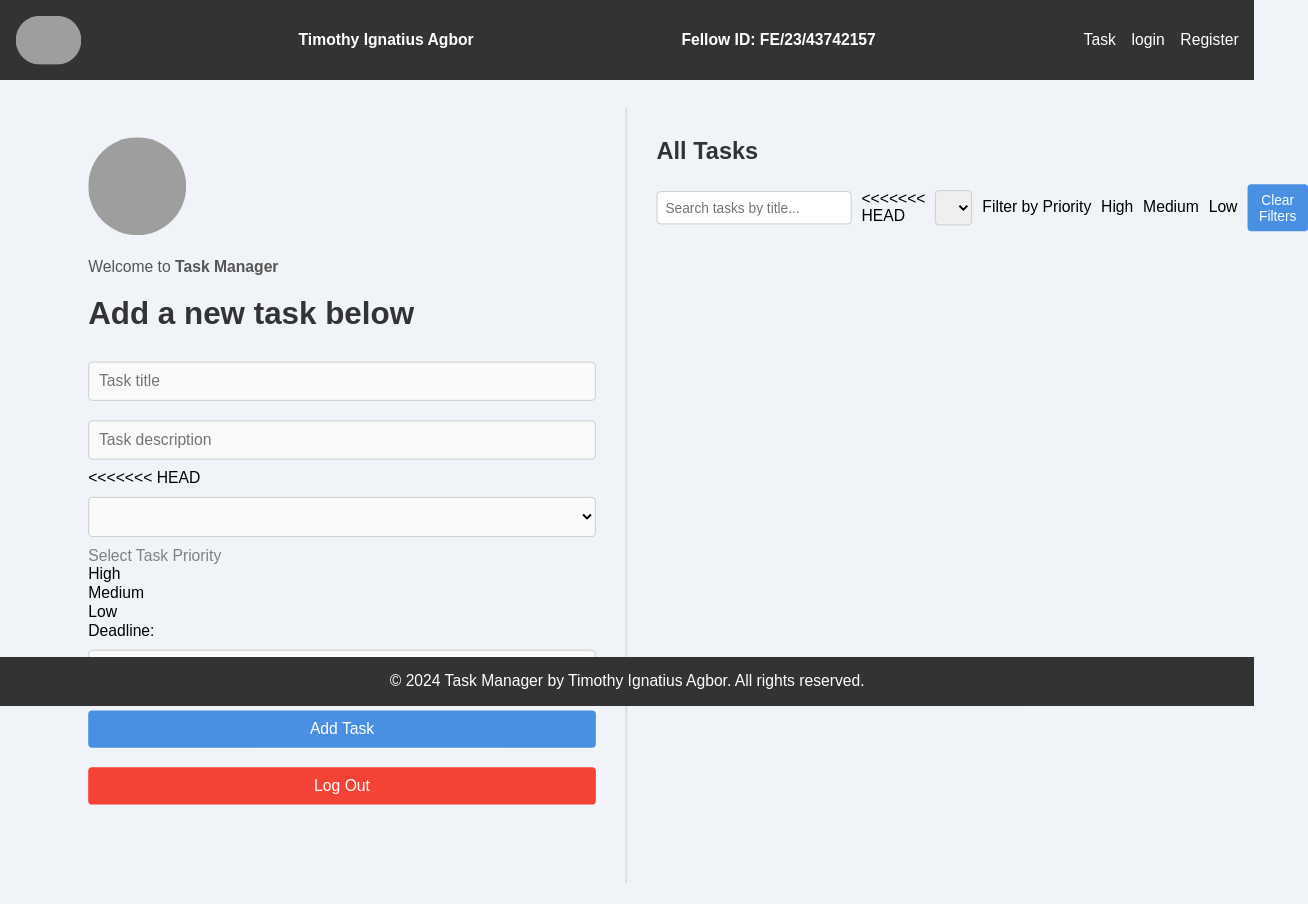
Repository: Evendors/TaskManager-app
Page: task.html
These files come from the project's save history. The page is drawn as it stood at one moment and after the next save; the edit follows.
The browser window is 1280 px wide. The page is 1335 px wide, then 1280 px, so the pictures cover 1335 px, including what lies to the right of the window. The pictures show the whole page, at 98% of full size.
Pictures or frames that could not be fetched are drawn as grey boxes. The page's requests for data from a server got no answer.

Above is the page before, as saved 2024-12-02 21:25:42.

### task.html
<!DOCTYPE html>
<html lang="en">
  <head>
    <meta charset="UTF-8" />
    <meta name="viewport" content="width=device-width, initial-scale=1.0" />
    <title>Task Manager</title>
    <link rel="stylesheet" href="./frontend/styles/styles.css" />
  </head>
  <body>
    <!-- Header -->
    <header>

      <nav>
        <img
        src="https://files.oaiusercontent.com/file-UxxSnF9NpUokPpkfsqMf13?se=2024-12-02T05%3A53%3A05Z&sp=r&sv=2024-08-04&sr=b&rscc=max-age%3D604800%2C%20immutable%2C%20private&rscd=attachment%3B%20filename%3Da1944776-25e7-4fdd-b29a-8cf1dd8a7fa9.webp&sig=zPngKC45S%2BM4ZQV9ybl6Nb6VX7rAXM9pelPhFyGMbuw%3D"
        alt="Task Manager Logo"
        style="height: 50px; width: auto; margin-right: 10px; border-radius: 25px;"
      />

        <h1>Timothy Ignatius Agbor</h1>
        <h1>Fellow ID: FE/23/43742157</h1>
        <ul>
          <li><a href="task.html">Task</a></li>
          <li><a href="login.html">login</a></li>
          <li><a href="register.html">Register</a></li>
        </ul>
      </nav>
    </header>

    <!-- Main Content -->
    <div class="container">
      <div class="left">
        <img
          style="height: 100px; width: 100px; border-radius: 50px"
          src="https://lh3.googleusercontent.com/a/ACg8ocK4ZTq-NP8qakNvmpa3VUDR7UgA2SCu1MhHvHXfKx0qfc4LE1V9=s288-c-no"
          alt="Timothy image"
        />
        <p>
          Welcome to   <strong>Task Manager</strong><br />
       <h1>   Add a new task below</h1>
        </p>
        <form id="taskForm">
          <input type="text" id="taskTitle" placeholder="Task title" />
          <input type="text" id="taskDesc" placeholder="Task description" />
<<<<<<< HEAD
          <select name="priority" id="priority" title="select">
=======

          <select name="priority" id="priority">
            <option disabled selected>Select Task Priority</option>
            <option value="high">High</option>
            <option value="medium">Medium</option>
            <option value="low">Low</option>
          </select>

          <div>
            <label for="deadline">Deadline:</label>
            <input type="date" name="deadline" id="deadline" />
          </div>
          <button type="submit" id="add">Add Task</button>
        </form>

        <button class="logOut">Log Out</button>
      </div>
      <div class="right">
        <h2>All Tasks</h2>
<!-- Filtering and Searching -->
<div class="taskFilters">
  <input
    type="text"
    id="searchTasks"
    placeholder="Search tasks by title..."
  />
<<<<<<< HEAD
  <select id="filterPriority" title="filterPriority">
=======
  <select id="filterPriority">
    <option value="" selected>Filter by Priority</option>
    <option value="high">High</option>
    <option value="medium">Medium</option>
    <option value="low">Low</option>
  </select>
  <button id="clearFilters">Clear Filters</button>
</div>

        <div class="allTasks">
          <!-- Task Added will show Here -->
        </div>
      </div>
    </div>

    <!-- Footer -->
    <footer>
      <p>&copy; 2024 Task Manager by Timothy Ignatius Agbor. All rights reserved.</p>
    </footer>

    <script src="./frontend/js/app.js"></script>
  </body>
</html>

### frontend/styles/styles.css
/* Reset default margin and padding */
* {
  margin: 0;
  padding: 0;
  box-sizing: border-box;
}

/* Body styling */
body {
  font-family: Arial, sans-serif;
  background-color: #f0f4f8;
  display: flex;
  justify-content: center;
  align-items: flex-start; /* Prevents footer overlap */
  min-height: 100vh;
  padding-top: 70px; /* Adjust for fixed header */
}

/* Header Styles */
header {
  background-color: #333;
  color: white;
  padding: 1rem;
  position: fixed;
  top: 0;
  width: 100%;
  z-index: 1000;
}

header nav {
  display: flex;
  justify-content: space-between;
  align-items: center;
}


header nav h1 {
  font-size: 1rem;
}

header nav ul {
  list-style: none;
  display: flex;
  gap: 1rem;
}

header nav ul li a {
  color: white;
  text-decoration: none;
  font-size: 1rem;
}

header nav ul li a:hover {
  text-decoration: underline;
  color: #336699;
border: 2px solid #ffffff;
border-radius: 5px;
padding: 2px;
}

/* Footer Styles */
footer {
  background-color: #333;
  color: white;
  text-align: center;
  padding: 1rem 0;
  position: fixed;
  bottom: 0;
  width: 100%;
  z-index: 1000;
}

/* Container styling */
.container {
  display: flex;
  flex-direction: row;
  justify-content: space-between;
  padding: 20px;
  max-width: 1200px;
  margin: auto;
  margin-top: 20px; /* To avoid header overlap */
}

/* Left Section */
.left {
  width: 50%;
  padding: 30px;
  border-right: 2px solid #ddd;
}

.left img {
  height: 100px;
  width: 100px;
  border-radius: 50px;
  margin-bottom: 20px;
}

.left h1 {
  margin-bottom: 10px;
  color: #333;
}

.left p {
  color: #555;
  font-size: 16px;
  margin-bottom: 20px;
}

.left form {
  margin-top: 20px;
}

.left input,
.left select {
  width: 100%;
  padding: 10px;
  margin: 10px 0;
  border: 1px solid #ccc;
  border-radius: 4px;
  background-color: #fafafa;
  font-size: 16px;
}

.left input:focus,
.left select:focus {
  border-color: #4a90e2;
  outline: none;
}

.left button {
  width: 100%;
  padding: 10px;
  background-color: #4a90e2;
  color: white;
  border: none;
  border-radius: 4px;
  font-size: 16px;
  cursor: pointer;
  margin-top: 10px;
}

.left button:hover {
  background-color: #357ab7;
}

.left button:active {
  background-color: #336699;
}

.left .logOut {
  width: 100%;
  padding: 10px;
  background-color: #f44336;
  color: white;
  border: none;
  border-radius: 4px;
  font-size: 16px;
  cursor: pointer;
  margin-top: 20px;
  margin-bottom: 50px;
}

.left .logOut:hover {
  background-color: #d32f2f;
}

.left .logOut:active {
  background-color: #b71c1c;
}

/* Right Section */
.right {
  width: 50%;
  padding: 30px;
}

.right h2 {
  color: #333;
  margin-bottom: 20px;
}

.allTasks {
  margin-top: 20px;
}

.task {
  background-color: #ffffff; /* Changed from #f9f9f9 to white */
  padding: 20px;
  margin: 10px 0;
  border-radius: 6px;
  font-size: 28px;
  box-shadow: 0 2px 10px rgba(0, 0, 0, 0.12); /* Stronger shadow for better contrast */
  color: #000; /* Ensure text is dark enough for readability */
}

.task h3 {
  margin-bottom: 10px;
}

.details p {
  margin: 5px 0;
}

/* Task Control Buttons */
.control span {
  margin-right: 10px;
  cursor: pointer;
  color: #4a90e2;
}

.control span:hover {
  text-decoration: underline;
}

.control {
  margin-top: 10px;
}

/* Edit and Delete buttons */
.task .edit,
.task .delete {
  color: #ffffff;
  font-weight: bold;
  cursor: pointer;
  margin-right: 10px;
}

.task .edit:hover,
.task .delete:hover {
  color: white;
  background-color: #ed7117; /* Orange color on hover */
  border-radius: 4px;
  padding: 3px;
}

.task .edit,
.task .delete {
  font-size: 14px;
  padding: 2px;
}
/* filter and search tasks */
/* Task Filters */
.taskFilters {
  display: flex;
  gap: 10px;
  margin-bottom: 20px;
  align-items: center;
}

.taskFilters input[type="text"],
.taskFilters select {
  padding: 8px;
  font-size: 14px;
  border: 1px solid #ccc;
  border-radius: 4px;
  flex: 1;
}

.taskFilters button {
  padding: 8px 12px;
  font-size: 14px;
  background-color: #4a90e2;
  color: white;
  border: none;
  border-radius: 4px;
  cursor: pointer;
}

.taskFilters button:hover {
  background-color: #357ab7;
}

### frontend/js/app.js
const colors = [
  '#893101',
  '#ed7117',
  '#d16002',
  '#cc5801',
  '#b56727',
  '#d67229',
];

const title = document.getElementById('taskTitle');
const desc = document.getElementById('taskDesc');
const priority = document.getElementById('priority');
const deadline = document.getElementById('deadline');
const add = document.getElementById('add');
const allTasks = document.querySelector('.allTasks');

// Elements for filtering and searching
const searchInput = document.getElementById('searchTasks');
const filterPriority = document.getElementById('filterPriority');
const clearFilters = document.getElementById('clearFilters');

let tasksFromServer = [];

// Function to render tasks
function renderTasks(tasks) {
  allTasks.innerHTML = ''; // Clear current tasks
  tasks.forEach((task) => {
    const taskItem = document.createElement('div');
    taskItem.classList.add('task');
    taskItem.style.backgroundColor =
      colors[Math.floor(Math.random() * colors.length)];
    taskItem.setAttribute('data-id', task._id); // Add unique identifier (assumes _id is the identifier)
    taskItem.innerHTML = `
      <h3>${task.title}</h3>
      <p>${task.description}</p>
      <div>
        <p>Priority: ${task.priority}</p>
        <p>Deadline: ${new Date(task.deadline).toLocaleDateString()}</p>
      </div>
      <div>
        <span class="edit">Edit</span>
        <span class="delete">Delete</span>
      </div>
    `;

    // Add event listeners for edit and delete buttons
    taskItem.querySelector('.edit').addEventListener('click', () => editTask(task._id));
    taskItem.querySelector('.delete').addEventListener('click', () => deleteTask(task._id));

    allTasks.appendChild(taskItem);
  });
}

// Fetch tasks from the server
function fetchTasks() {
  fetch('http://localhost:3000/api/tasks/get-tasks', {
    method: 'GET',
    headers: {
      'Content-Type': 'application/json',
    },
    credentials: 'include',
  })
    .then((response) => {
      if (!response.ok) {
        throw new Error('Failed to fetch tasks');
      }
      return response.json();
    })
    .then((data) => {
      tasksFromServer = data; // Store fetched tasks
      renderTasks(tasksFromServer); // Render all tasks initially
    })
    .catch((error) => {
      console.error('Error:', error);
      alert('There was an error fetching tasks.');
    });
}

// Add a new task
add.addEventListener('click', (e) => {
  e.preventDefault();

  if (
    title.value === '' ||
    desc.value === '' ||
    priority.value === '' ||
    deadline.value === ''
  ) {
    alert('All fields are required');
    return;
  }

  const taskData = {
    title: title.value,
    description: desc.value,
    priority: priority.value,
    deadline: new Date(deadline.value),
  };

  fetch('http://localhost:3000/api/tasks/create', {
    method: 'POST',
    headers: {
      'Content-Type': 'application/json',
    },
    body: JSON.stringify(taskData),
    credentials: 'include',
  })
    .then((response) => {
      if (!response.ok) {
        throw new Error('Failed to create task');
      }
      return response.json();
    })
    .then((data) => {
      console.log('Task created:', data);
      alert('Task created successfully');
      title.value = '';
      desc.value = '';
      priority.value = '';
      deadline.value = '';
      fetchTasks(); // Refresh task list
    })
    .catch((error) => {
      console.error('Error:', error);
      alert('There was an error creating the task.');
    });
});

// Edit a task
function editTask(taskId) {
  const taskToEdit = tasksFromServer.find(task => task._id === taskId);

  // Pre-populate input fields with current task data
  title.value = taskToEdit.title;
  desc.value = taskToEdit.description;
  priority.value = taskToEdit.priority;
  deadline.value = new Date(taskToEdit.deadline).toISOString().split('T')[0];

  // Update task on form submission
  add.removeEventListener('click', createTask); // Ensure no duplicate listeners
  add.addEventListener('click', (e) => {
    e.preventDefault();

    if (
      title.value === '' ||
      desc.value === '' ||
      priority.value === '' ||
      deadline.value === ''
    ) {
      alert('All fields are required');
      return;
    }

    const updatedTaskData = {
      title: title.value,
      description: desc.value,
      priority: priority.value,
      deadline: new Date(deadline.value),
    };

    fetch(`http://localhost:3000/api/tasks/update/${taskId}`, {
      method: 'PUT',
      headers: {
        'Content-Type': 'application/json',
      },
      body: JSON.stringify(updatedTaskData),
      credentials: 'include',
    })
      .then((response) => {
        if (!response.ok) {
          throw new Error('Failed to update task');
        }
        return response.json();
      })
      .then((data) => {
        console.log('Task updated:', data);
        alert('Task updated successfully');
        title.value = '';
        desc.value = '';
        priority.value = '';
        deadline.value = '';
        fetchTasks(); // Refresh task list
      })
      .catch((error) => {
        console.error('Error:', error);
        alert('There was an error updating the task.');
      });
  });
}

// Delete a task
function deleteTask(taskId) {
  const confirmation = confirm('Are you sure you want to delete this task?');
  if (confirmation) {
    fetch(`http://localhost:3000/api/tasks/delete/${taskId}`, {
      method: 'DELETE',
      headers: {
        'Content-Type': 'application/json',
      },
      credentials: 'include',
    })
      .then((response) => {
        if (!response.ok) {
          throw new Error('Failed to delete task');
        }
        return response.json();
      })
      .then((data) => {
        console.log('Task deleted:', data);
        alert('Task deleted successfully');
        fetchTasks(); // Refresh task list
      })
      .catch((error) => {
        console.error('Error:', error);
        alert('There was an error deleting the task.');
      });
  }
}

// Search tasks by title
searchInput.addEventListener('input', () => {
  const searchQuery = searchInput.value.toLowerCase();
  const filteredTasks = tasksFromServer.filter(task =>
    task.title.toLowerCase().includes(searchQuery)
  );
  renderTasks(filteredTasks);
});

// Filter tasks by priority
filterPriority.addEventListener('change', () => {
  const priority = filterPriority.value;
  const filteredTasks = priority
    ? tasksFromServer.filter(task => task.priority === priority)
    : tasksFromServer;
  renderTasks(filteredTasks);
});

// Clear filters and show all tasks
clearFilters.addEventListener('click', () => {
  searchInput.value = '';
  filterPriority.value = '';
  renderTasks(tasksFromServer);
});

// Fetch and render tasks when page loads
window.addEventListener('load', fetchTasks);

After the next save:
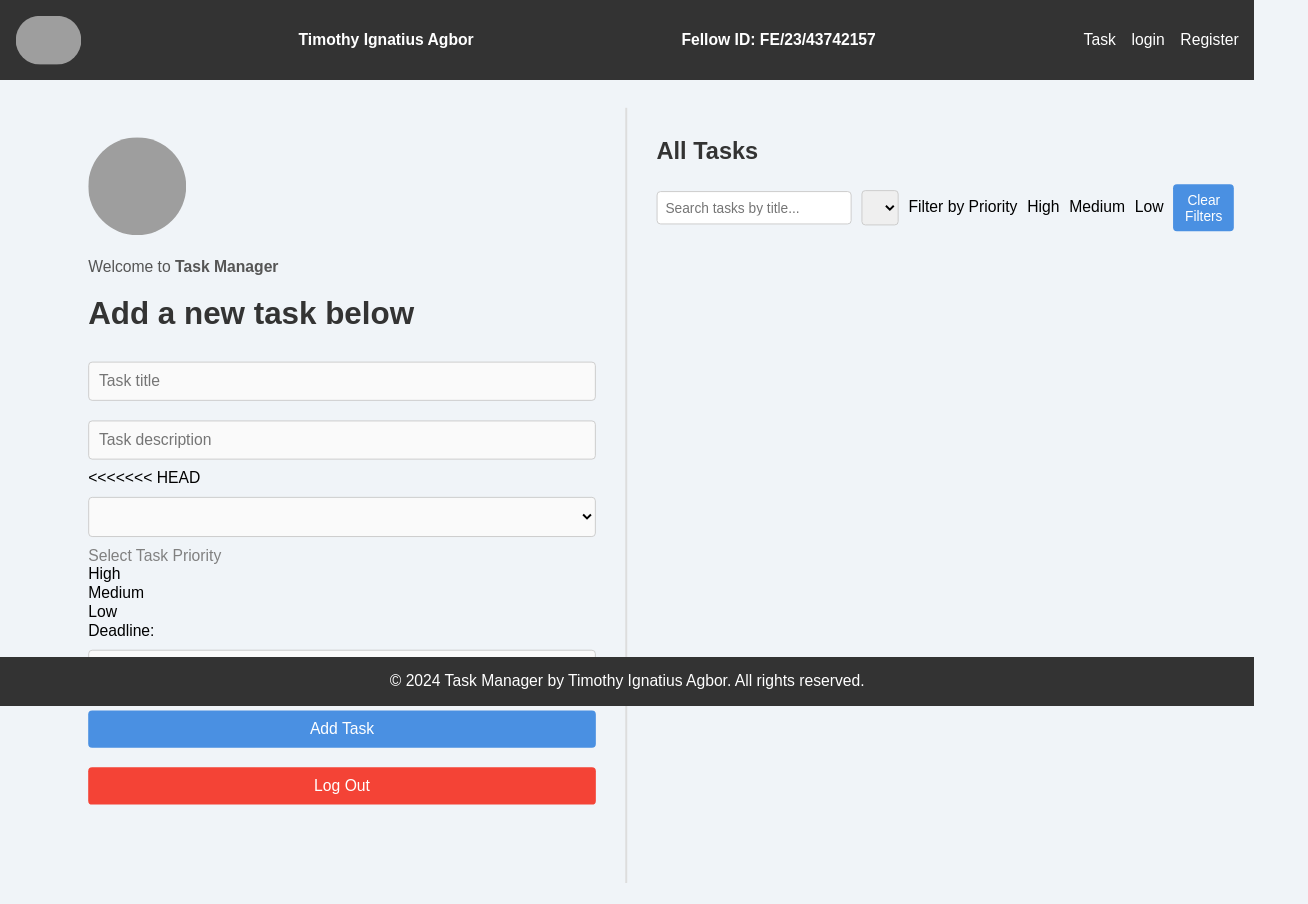
Saved 51 s later.
--- a/task.html
+++ b/task.html
@@ -71,7 +71,6 @@
     id="searchTasks"
     placeholder="Search tasks by title..."
   />
-<<<<<<< HEAD
   <select id="filterPriority" title="filterPriority">
 =======
   <select id="filterPriority">
